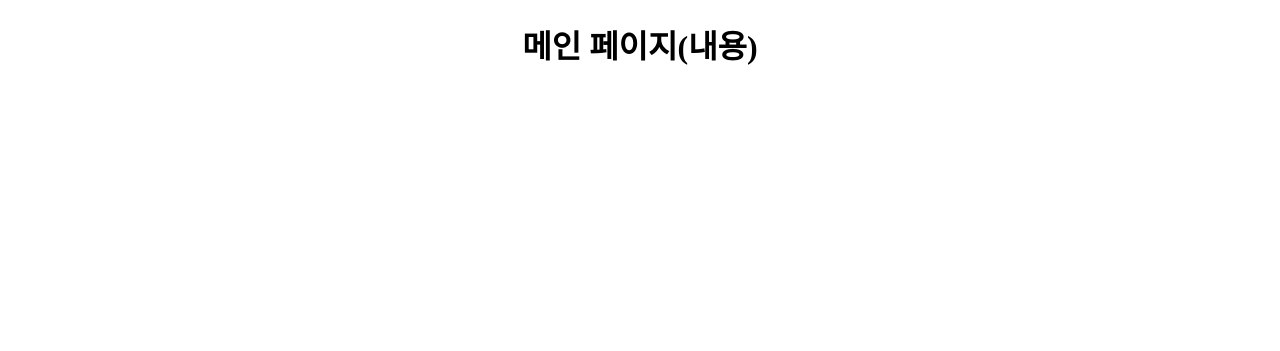
Repository: leeseungho1994/shopping
Page: http://localhost/shopping/index
An editor plug-in stored every save of this project. The page is shown before and after a run of saves, followed by the edit.
The browser window is 1280 px wide. The pictures show the whole page.
The page is served by Tomcat 9. Other server files are loaded and not shown.

Above is the page before, as saved 2020-12-10 03:31:58.

### shopping/src/main/webapp/WEB-INF/views/index/index.jsp
<%@ page language="java" contentType="text/html; charset=UTF-8"
    pageEncoding="UTF-8"%>
    <%@ taglib uri="http://java.sun.com/jsp/jstl/core" prefix="c" %>
<!DOCTYPE html>
<html>
<head>
<meta charset="UTF-8">
<title>메인 페이지</title>
</head>
<h1 style="text-align: center">메인 페이지(내용)</h1>
</body>
</html>

### shopping/src/main/webapp/WEB-INF/views/default/header.jsp
<%@ page language="java" contentType="text/html; charset=UTF-8"
    pageEncoding="UTF-8"%>
<!DOCTYPE html>
<html>
<head>
<meta charset="UTF-8">
<title>머리말</title>
</head>
<body>
<body>
<div style="text-align: right; margin-right: 10px;">
	<a href="#"><b>로그인</b></a>
	<a href="#"><b>회원가입</b></a>
	<a href="#"><b>마이페이지</b></a>
	<a href="#"><b>장바구니</b></a>
	<a href="#"><b>고객센터</b></a>
</div>
<h1 style="text-align: center">index 페이지</h1><br>
<hr>
<div style="text-align: right; margin-right: 10px;">
	<a href="#"><b>T-shirt</b></a>
	<a href="#"><b>All In One</b></a>
	<a href="#"><b>Outer</b></a>
	<a href="#"><b>Scarf</b></a>
	<a href="#"><b>All</b></a>
</div>
<hr>
<br><br><br>
</body>
</html>

After the next 3 saves:
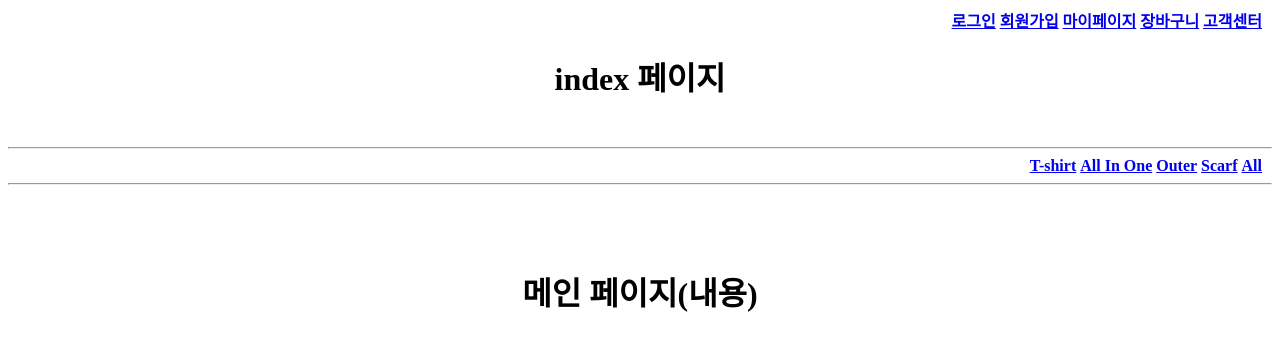
The 3 saves are shown as one change because 1 did not build or start and some came seconds apart.
The last was saved 77 s later.
--- a/shopping/src/main/webapp/WEB-INF/views/index/index.jsp
+++ b/shopping/src/main/webapp/WEB-INF/views/index/index.jsp
@@ -7,6 +7,7 @@
 <meta charset="UTF-8">
 <title>메인 페이지</title>
 </head>
+<c:import url="../default/header.jsp"/>
 <h1 style="text-align: center">메인 페이지(내용)</h1>
 </body>
 </html>

After the save that followed:
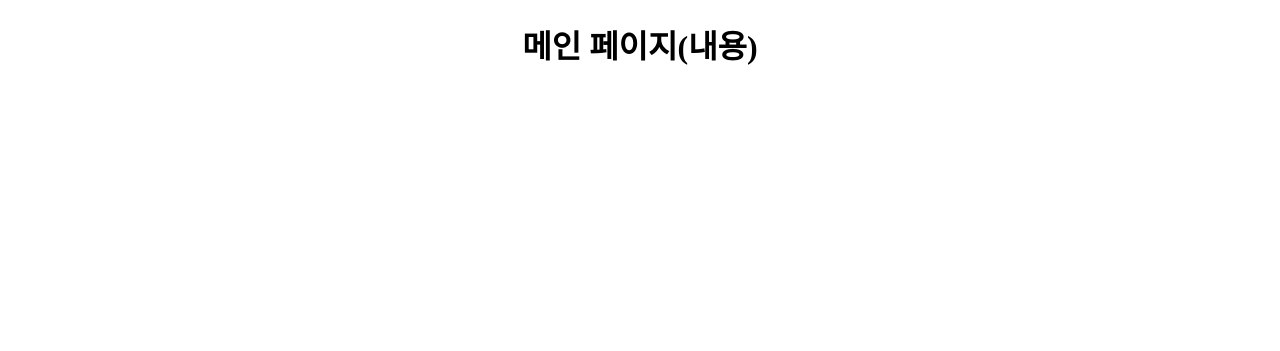
Saved 5 s later.
--- a/shopping/src/main/webapp/WEB-INF/views/index/index.jsp
+++ b/shopping/src/main/webapp/WEB-INF/views/index/index.jsp
@@ -7,7 +7,7 @@
 <meta charset="UTF-8">
 <title>메인 페이지</title>
 </head>
-<c:import url="../default/header.jsp"/>
+<c:import url="../default/header"/>
 <h1 style="text-align: center">메인 페이지(내용)</h1>
 </body>
 </html>
